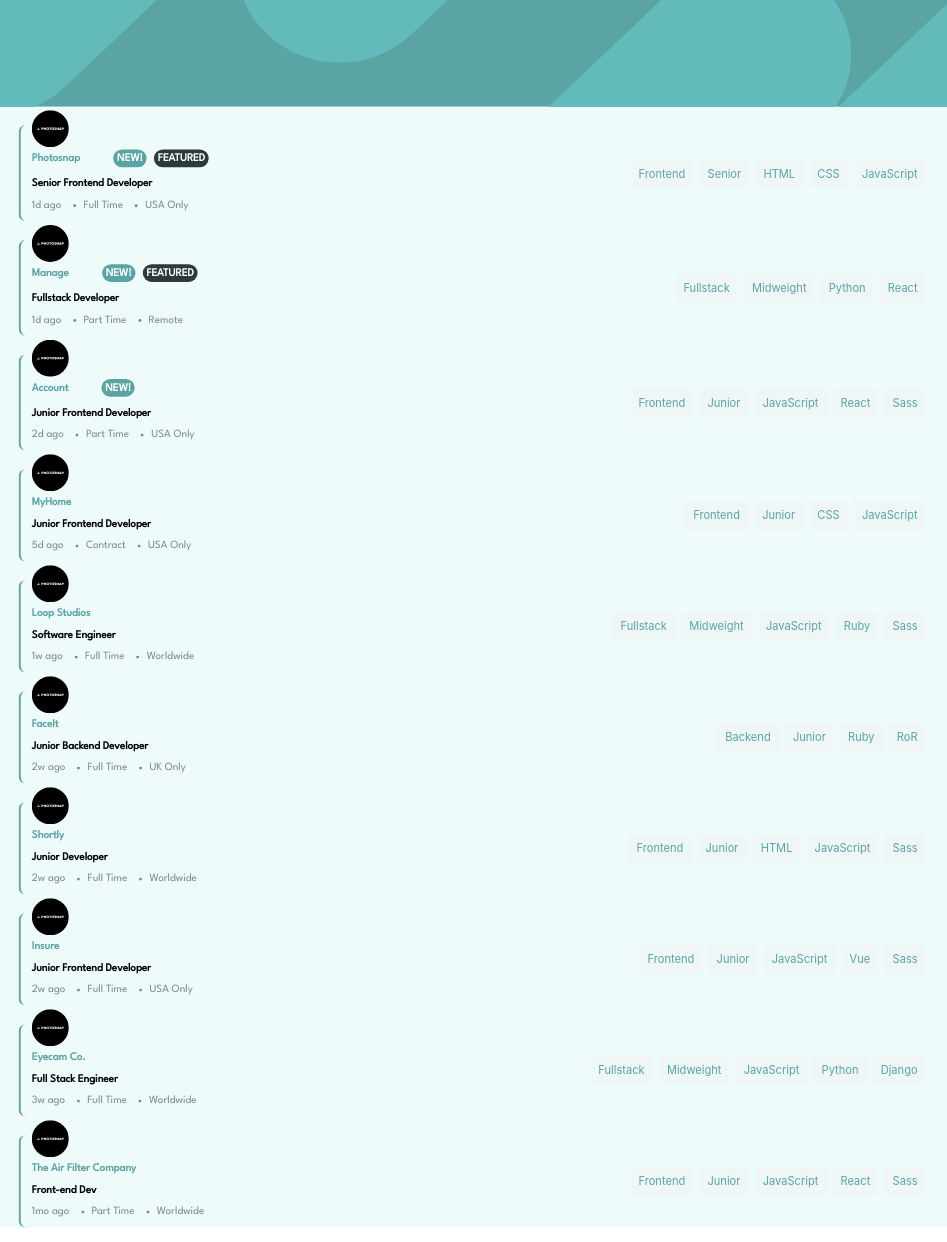
Repository: DevLaukey/job-listing
Page: /
An editor plug-in stored every save of this project. The page is shown before and after the next save, followed by the edit.
The browser window is 1280 px wide. The pictures show the whole page, at 74% of full size.
Some web fonts or font styles are not loaded; a fallback is used. The project was rebuilt for these pictures with package versions that can differ from the ones it lists, and the page was loaded fresh each time.

Above is the page before, as saved 2022-06-03 00:26:56.

After the next save:
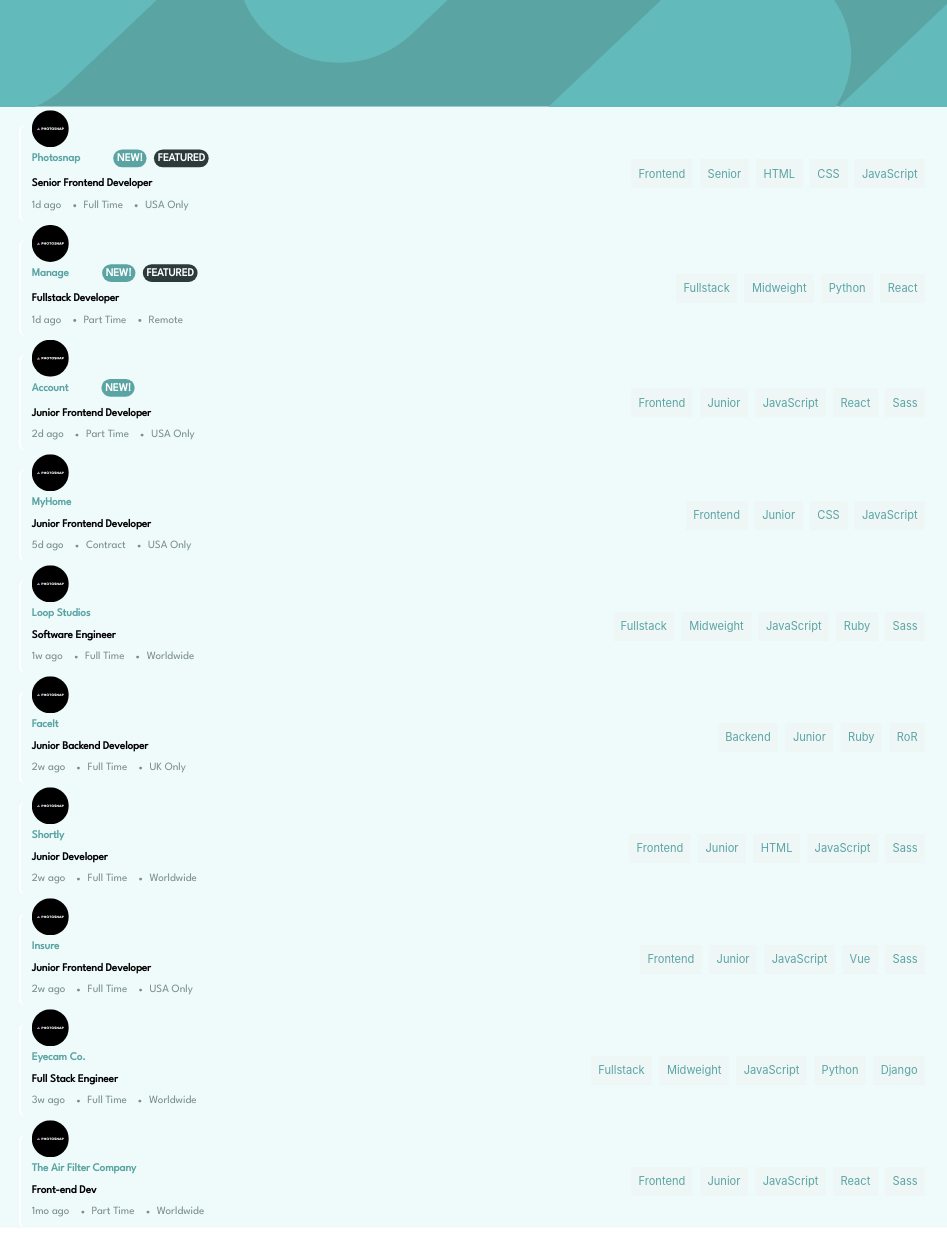
Saved 32 s later.
--- a/src/components/styles.css
+++ b/src/components/styles.css
@@ -5,7 +5,7 @@
 
 }
 .tablet{
-    border-left: 3px solid  hsl(180, 29%, 50%);
+    border-left: 3px solid  hsl(0, 0%, 100%);
     border-radius: 10px;
     margin: 25px 25px 20px 25px;
 }

After the save that followed:
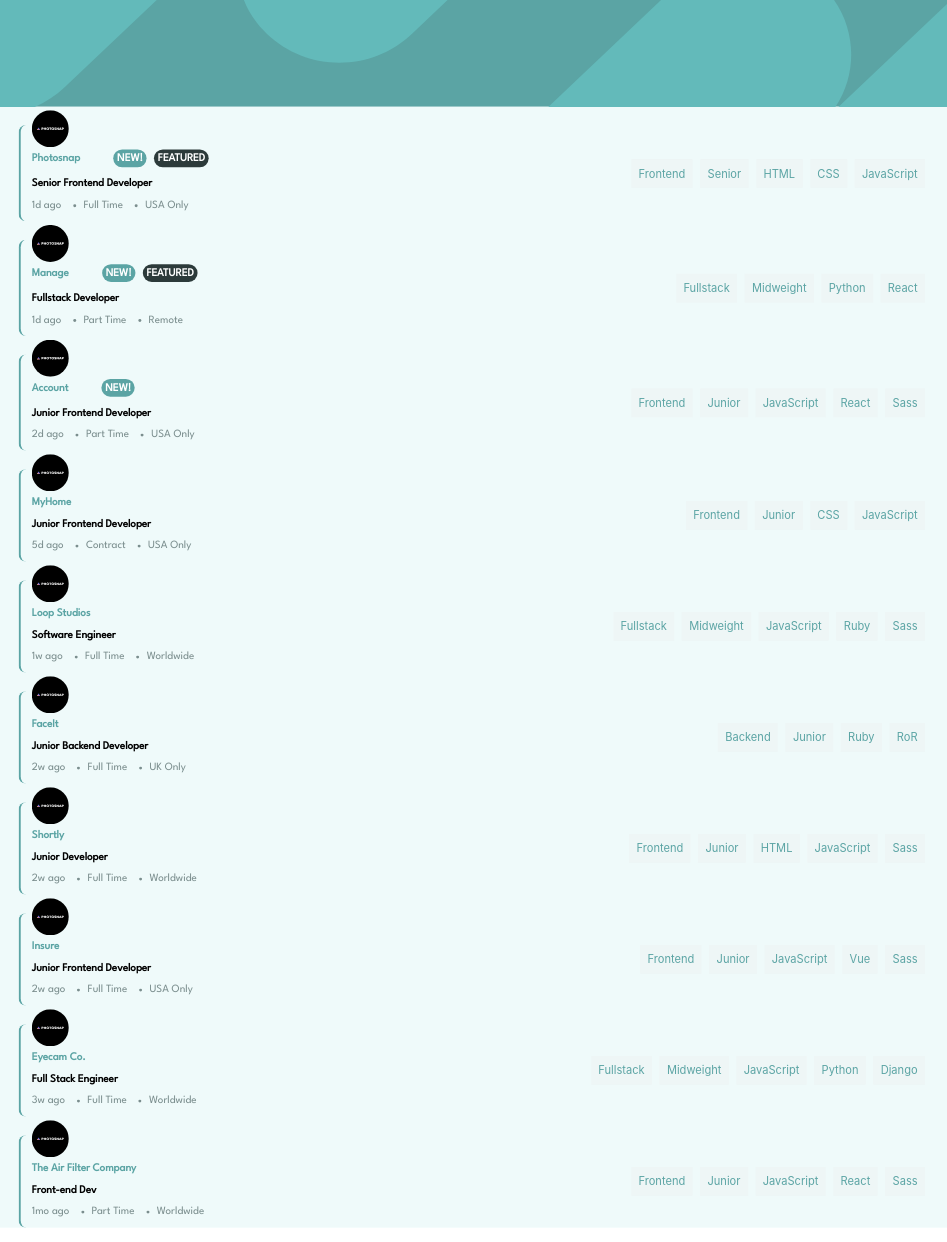
Saved 13 s later.
--- a/src/components/styles.css
+++ b/src/components/styles.css
@@ -5,7 +5,7 @@
 
 }
 .tablet{
-    border-left: 3px solid  hsl(0, 0%, 100%);
+    border-left: 3px solid  hsl(180, 29%, 50%);
     border-radius: 10px;
     margin: 25px 25px 20px 25px;
 }
